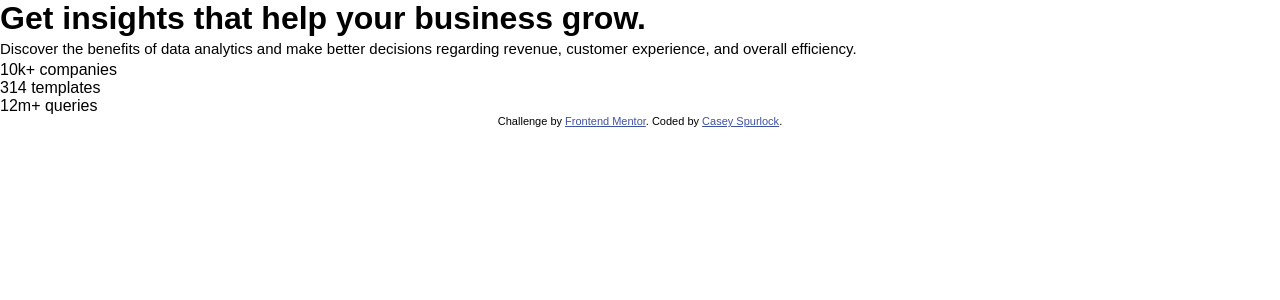
Repository: CaseySpurlock/stats-prewiew-component
Page: index.html
An editor plug-in stored every save of this project. The page is shown before and after the next save, followed by the edit.
The browser window is 1280 px wide. The pictures show the whole page.

Above is the page before, as saved 2021-06-22 00:44:53.

After the next save:
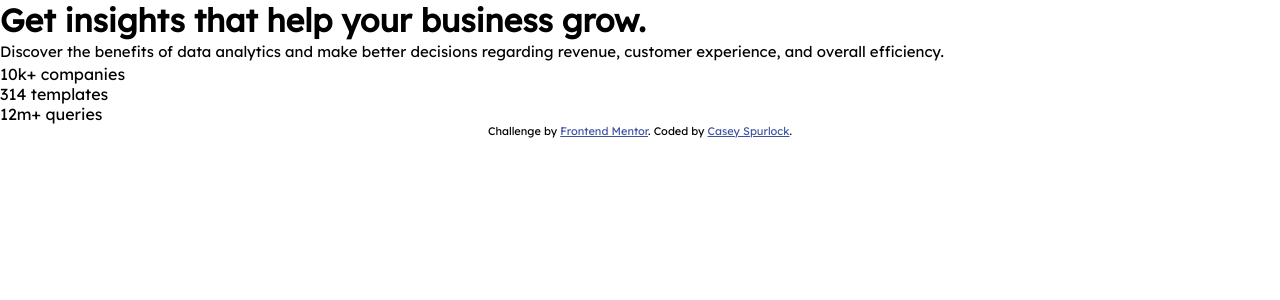
Saved 10 s later.
--- a/index.html
+++ b/index.html
@@ -9,6 +9,9 @@
   <title>Frontend Mentor | Stats preview card component</title>
 
   <link rel="stylesheet" href="styles.css">
+  <link rel="preconnect" href="https://fonts.googleapis.com">
+  <link rel="preconnect" href="https://fonts.gstatic.com" crossorigin>
+  <link href="https://fonts.googleapis.com/css2?family=Inter:wght@400;700&family=Lexend+Deca&display=swap" rel="stylesheet">
 
 </head>
 
